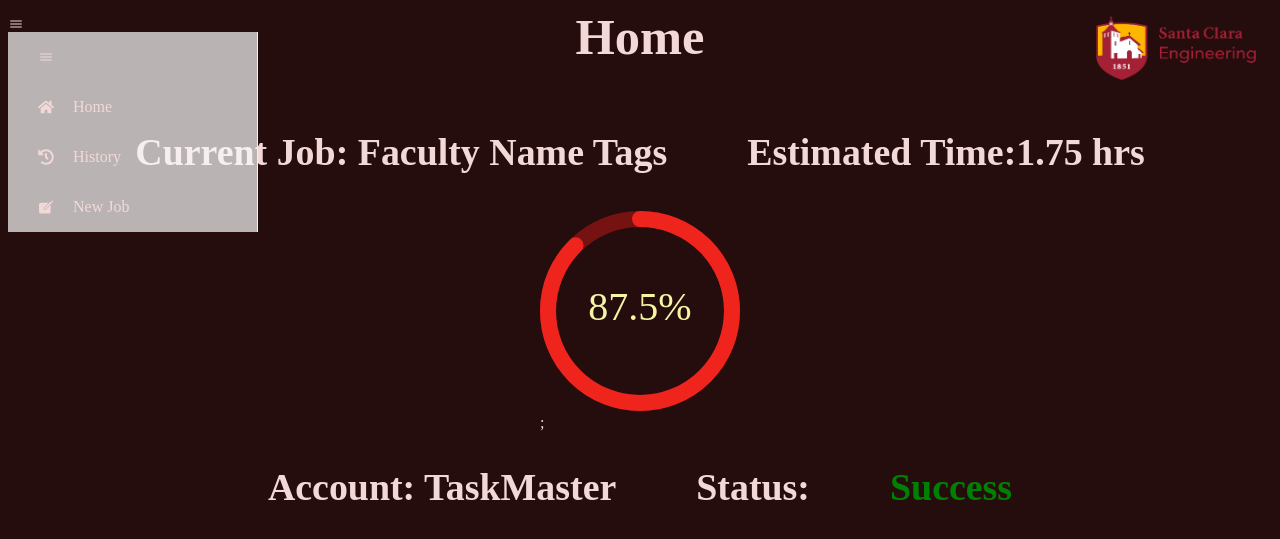
Repository: SCU-SeniorDesign-2025/senior-design-app
Page: /home
The author's editor kept a copy of each file at every save. The page is drawn from the files as they stood at one save, then again after the next save.
The browser window is 1280 px wide. The pictures show the whole page.
Some web fonts or font styles are not loaded; a fallback is used. The project was rebuilt for these pictures with package versions that can differ from the ones it lists, and the page was loaded fresh each time. Also part of the build but not shown: vite.config.ts, src/Login.tsx.

Above is the page before, as saved 2024-12-27 15:02:38.

### index.html
<!doctype html>
<html lang="en">
  <head>
    <meta charset="UTF-8" />

    <!-- add team logo to tab here -->
    <!-- <link rel="icon" type="image/svg+xml" href="/react.svg" /> -->

    <meta name="viewport" content="width=device-width, initial-scale=1.0" />

    <!-- fonts -->
    <link rel="preconnect" href="https://fonts.googleapis.com">
    <link rel="preconnect" href="https://fonts.gstatic.com" crossorigin>
    <link href="https://fonts.googleapis.com/css2?family=Oxygen+Mono&display=swap" rel="stylesheet">

    <title>Name IT</title>
  </head>
  <body>
    <div id="root"></div>
    <script type="module" src="/src/main.tsx"></script>
  </body>
</html>

### src/index.css
/**************** Custom Presets ****************/
:root {
  font-family: "Oxygen Mono", serif;
  font-size: 16px;
  font-weight: 400;
  font-style: normal;
}
h1, h2, h3, h4, h5 {
  font-family: 'Oxygen Mono';
  font-weight: 700;
}

html {font-size: 100%;} /* 16px */
h1 {font-size: 4.210rem; /* 67.36px */}
h2 {font-size: 3.158rem; /* 50.56px */}
h3 {font-size: 2.369rem; /* 37.92px */}
h4 {font-size: 1.777rem; /* 28.48px */}
h5 {font-size: 1.333rem; /* 21.28px */}
small {font-size: 0.750rem; /* 12px */}


/**************** CSS RESETS ****************/

/* 1. Use a more-intuitive box-sizing model */
*, *::before, *::after {
  box-sizing: border-box;
}

/* 2. Remove default margin */
* {
  margin: 0;
}

body {
  /* 3. Add accessible line-height */
  line-height: 1.5;
  /* 4. Improve text rendering */
  -webkit-font-smoothing: antialiased;
}

/* 5. Improve media defaults */
img, picture, video, canvas, svg {
  display: block;
  max-width: 100%;
}

/* 6. Inherit fonts for form controls */
input, button, textarea, select {
  font: inherit;
}

/* 7. Avoid text overflows */
p, h1, h2, h3, h4, h5, h6 {
  overflow-wrap: break-word;
}

/* 8. Improve line wrapping */
p {
  text-wrap: pretty;
}
h1, h2, h3, h4, h5, h6 {
  text-wrap: balance;
}

/*
  9. Create a root stacking context
*/
#root, #__next {
  isolation: isolate;
}

### src/App.tsx
import styled, { ThemeProvider } from 'styled-components';
import { BrowserRouter, Routes, Route } from 'react-router-dom';
import scu from './assets/scu.png';
import { useState } from 'react';

/******* Imported Components *******/
import Login from './Login';
import Home from './Home';

/******* Themes *******/
const lightTheme = {
  bg: '#F2D9D9',
  text: '#260E0D',
  primary: '#5C5C0A',
  secondary: '#E77874',
  accent: '#E01710'
}
const darkTheme = {
  bg: '#260D0D',
  text: '#F2D9D8',
  primary: '#F5F5A4',
  secondary: '#8C1D19',
  accent: '#EF241D'
}

/******* Styled Components *******/
const Screen = styled.div`
  background: ${props => props.theme.bg};
  color: ${props => props.theme.text};
  height: 100vh;
  width: 100vw;
  border: none;
`;
const ScuIcon = styled.img`
  position: absolute;
  top: 1rem;
  right: 1.5rem;
  width: 10rem;
  height: 4rem;
  &:hover{
    transform: scale(1.1);
  }
`

function App() {
  const [theme, setTheme] = useState(darkTheme);

  const toggleTheme = () => {
    setTheme(curr => curr === darkTheme ? lightTheme : darkTheme)
  }

  return (
    <ThemeProvider theme={theme}>
      <Screen>
        {/* <ModeIcon onClick={toggleTheme} src={theme === darkTheme ? moon : sun}/> */}
        <ScuIcon src={scu} onClick={toggleTheme}/>
        <BrowserRouter>
          <Routes>
            <Route path="/" element={<Login />} />
            <Route path="/home" element={<Home />} />
            {/* <Route path="/contact" element={<Contact />} /> */}
          </Routes>
        </BrowserRouter>
      </Screen>
    </ThemeProvider>
  )
}

export default App

### src/Home.tsx
import styled from 'styled-components';

import { FontAwesomeIcon } from '@fortawesome/react-fontawesome';
import { faBars } from '@fortawesome/free-solid-svg-icons'
import { FaHome, FaHistory } from "react-icons/fa";
import { IoIosCreate, IoIosMenu } from "react-icons/io";



import { CircularProgressbar, buildStyles } from 'react-circular-progressbar';
import 'react-circular-progressbar/dist/styles.css';

import { Sidebar, Menu, MenuItem, SubMenu } from 'react-pro-sidebar';
import { useState } from 'react';
/********** styled components **********/
const ScuIcon = styled.img`
  position: absolute;
  top: .5rem;
  right: 10vw;
  width: 10rem;
  height: 4rem;
`


enum StatType { Failure = 0, Success = 1, Working = 2 }
interface Jobs {
  name: string,
  total_time: number,
  remain_time: number,
  account: string,
  status: number
}

function Home() {
  const [collapse, setCollapse] = useState(true);
  const jobInfo = { //dumby data
    name: 'Faculty Name Tags',
    total_time: 2.00, //2 hours
    remain_time: 1.75, //15 mins
    account: 'TaskMaster',
    status: StatType.Success
  }
  const value = jobInfo.remain_time;
  const maxVal = jobInfo.total_time;
  const precentage = jobInfo.remain_time/jobInfo.total_time;

  return (
    <div style={{display: 'flex', justifyContent: 'center', alignItems: 'center', flexDirection: 'column'}}>
      <div style={{position: 'absolute', top: '1rem', left: '.5rem'}}>
        <IoIosMenu/>
        <Sidebar collapsed={false}>
          <Menu>
            <MenuItem icon={<IoIosMenu/>} ></MenuItem>
            <MenuItem icon={<FaHome />}> Home </MenuItem>
            <MenuItem icon={<FaHistory />}> History </MenuItem>
            <MenuItem icon={<IoIosCreate />}> New Job </MenuItem>
          </Menu>
        </Sidebar>
      </div>

      <h2> Home </h2>
      <div style={{display: 'flex', gap: '5rem', flexDirection: 'row', marginTop: '3rem'}}>
        <h3> Current Job: {jobInfo.name} </h3>
        <h3> Estimated Time:{jobInfo.remain_time} hrs</h3>
      </div>
      <div style={{ width: 200, height: 200, marginTop: 30}}>
        <CircularProgressbar styles={buildStyles({
          pathColor: '#EF241D',
          textColor: '#F5F5A4',
          trailColor: '#761212',
        })}
        value={value} maxValue={maxVal} text={`${precentage * 100}%`} />;
      </div>
      <div style={{display: 'flex', gap: '5rem', flexDirection: 'row', marginTop: '3rem'}}>
        <h3> Account: {jobInfo.account}</h3>
        <h3> Status: </h3>
        <h3 style={{color: `${jobInfo.status===1? 'green' : jobInfo.status===2? 'yellow' : 'red'}`}}>
          {jobInfo.status===1 ? 'Success' : jobInfo.status===2 ? 'Working' : 'Failure'}
        </h3>
      </div>
    </div>
  )
}

export default Home;


/* NOTES
 - use the fontAwesome icons more often they work well, easy to scale, and respond to theme changes

*/

Loaded but not shown: src/main.tsx (common file)

After the next save:
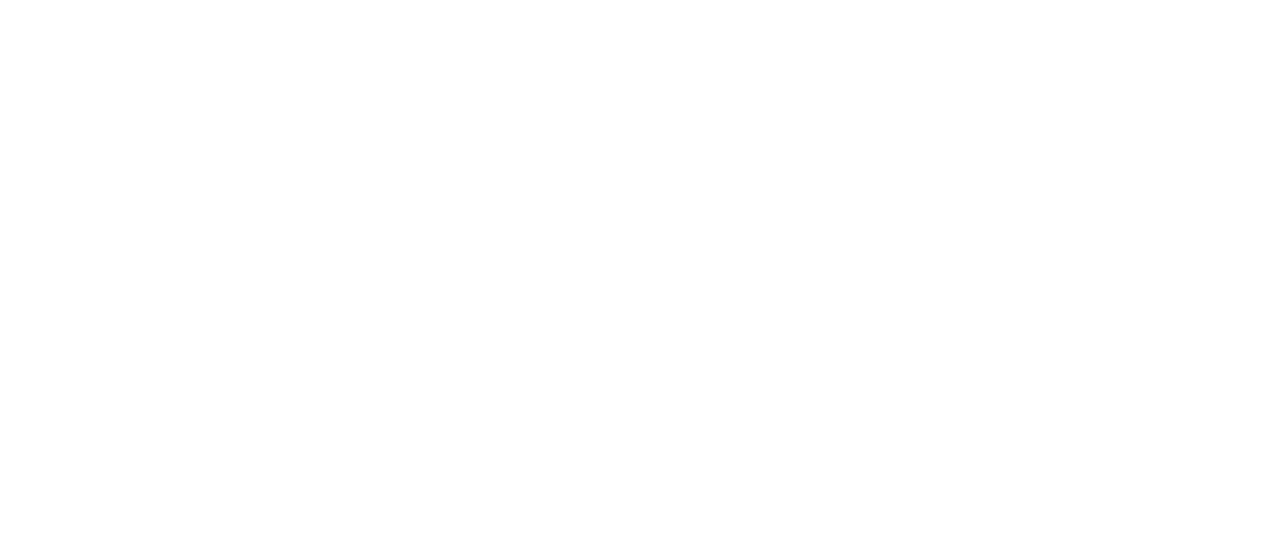
Console error (its wording comes from the project's code and is left out).
Saved 39 s later.
--- a/src/Home.tsx
+++ b/src/Home.tsx
@@ -47,10 +47,9 @@
   return (
     <div style={{display: 'flex', justifyContent: 'center', alignItems: 'center', flexDirection: 'column'}}>
       <div style={{position: 'absolute', top: '1rem', left: '.5rem'}}>
-        <IoIosMenu/>
+        <IoIosMenu onClick={setCollapse(!collapse)}/>
         <Sidebar collapsed={false}>
           <Menu>
-            <MenuItem icon={<IoIosMenu/>} ></MenuItem>
             <MenuItem icon={<FaHome />}> Home </MenuItem>
             <MenuItem icon={<FaHistory />}> History </MenuItem>
             <MenuItem icon={<IoIosCreate />}> New Job </MenuItem>

After the save that followed:
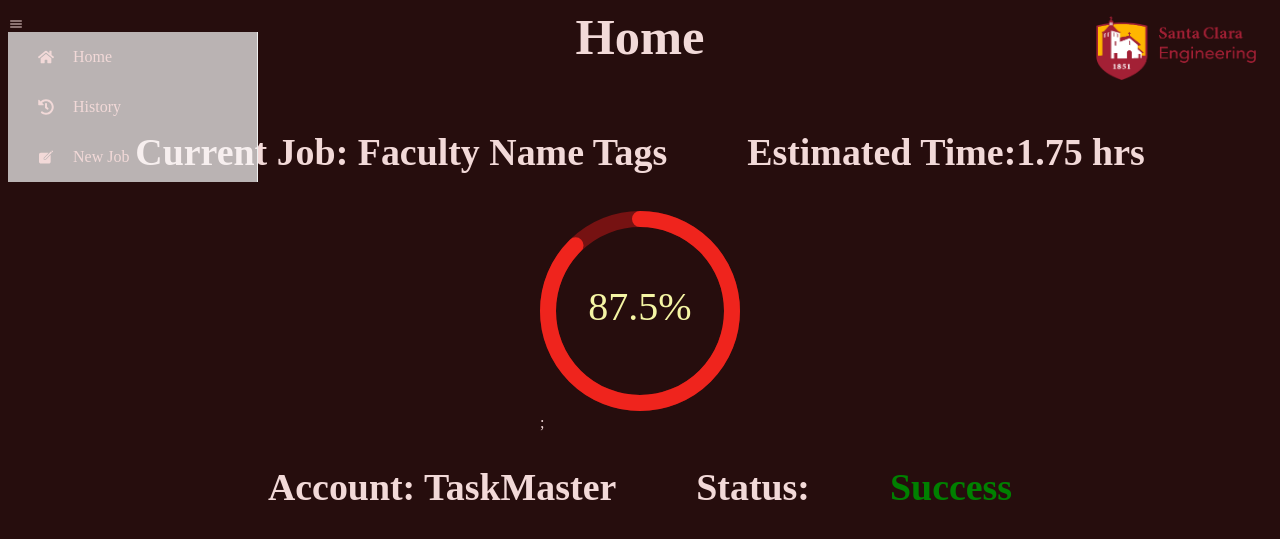
The error is gone.
Saved 55 s later.
--- a/src/Home.tsx
+++ b/src/Home.tsx
@@ -47,7 +47,7 @@
   return (
     <div style={{display: 'flex', justifyContent: 'center', alignItems: 'center', flexDirection: 'column'}}>
       <div style={{position: 'absolute', top: '1rem', left: '.5rem'}}>
-        <IoIosMenu onClick={setCollapse(!collapse)}/>
+        <IoIosMenu onClick={() => setCollapse(!collapse)}/>
         <Sidebar collapsed={false}>
           <Menu>
             <MenuItem icon={<FaHome />}> Home </MenuItem>
